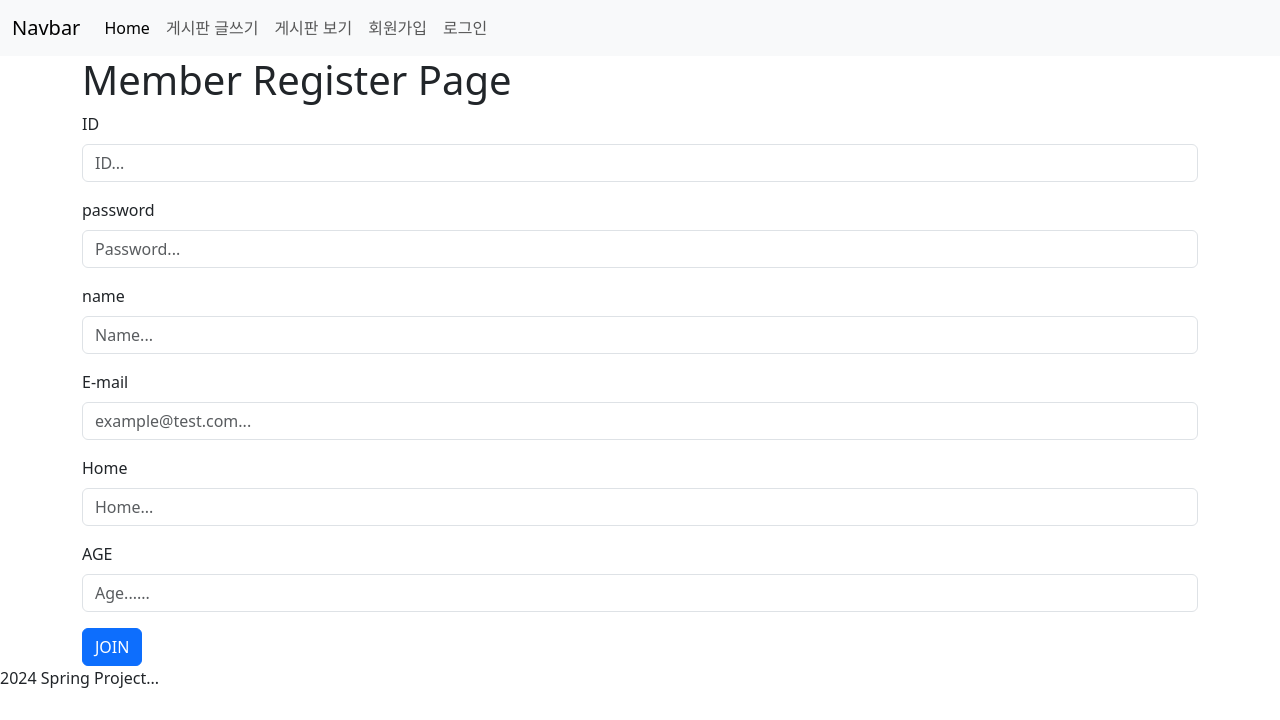
Repository: leegangjin/springTest240430
Page: http://localhost/spring_study/WEB-INF/views/member/register.jsp
An editor plug-in stored every save of this project. The page is shown before and after the next save, followed by the edit.
The browser window is 1280 px wide. The pictures show the whole page.
The page is served by Tomcat 9. Nobody is signed in. The template is opened directly, without the code that normally fills it, so the values that code supplies are empty.

Above is the page before, as saved 2024-04-28 13:52:47.

### spring_study/src/main/webapp/WEB-INF/views/member/register.jsp
<%@ page language="java" contentType="text/html; charset=UTF-8"
	pageEncoding="UTF-8"%>

<jsp:include page="../layout/header.jsp" />
<div class="container-md">
	<h1>Member Register Page</h1>
	<form action="/member/register" method="post">
		<div class="mb-3">
			<label for="i" class="form-label">ID</label> <input
				type="text" class="form-control" name="id" id="i"
				placeholder="ID...">
		</div>
		<div class="mb-3">
			<label for="p" class="form-label">password</label>
			<input type="password" class="form-control" name="pw" id="p"
				placeholder="Password...">
		</div>
		<div class="mb-3">
			<label for="n" class="form-label">name</label>
			<input type="text" class="form-control" name="name" id="n"
				placeholder="Name...">
		</div>
		<div class="mb-3">
			<label for="e" class="form-label">E-mail</label>
			<input type="email" class="form-control" name="email" id="e"
				placeholder="example@test.com...">
		</div>
		<div class="mb-3">
			<label for="h" class="form-label">Home</label>
			<input type="text" class="form-control" name="home" id="h"
				placeholder="Home...">
		</div>
		<div class="mb-3">
			<label for="a" class="form-label">AGE</label>
			<input type="text" class="form-control" name="age" id="a"
				placeholder="Age......">
		</div>


		<button type="submit" class="btn btn-primary">JOIN</button>
	</form>
</div>
<jsp:include page="../layout/footer.jsp" />

### spring_study/src/main/webapp/WEB-INF/views/layout/header.jsp
<%@ page language="java" contentType="text/html; charset=UTF-8"
    pageEncoding="UTF-8"%>
    <%@ taglib uri="http://java.sun.com/jsp/jstl/core" prefix="c"%>
<!DOCTYPE html>
<html>
<head>
<meta charset="UTF-8">
<title>header.jsp</title>
</head>
<link href="https://cdn.jsdelivr.net/npm/bootstrap@5.3.3/dist/css/bootstrap.min.css" rel="stylesheet" integrity="sha384-QWTKZyjpPEjISv5WaRU9OFeRpok6YctnYmDr5pNlyT2bRjXh0JMhjY6hW+ALEwIH" crossorigin="anonymous">
<script src="https://cdn.jsdelivr.net/npm/bootstrap@5.3.3/dist/js/bootstrap.bundle.min.js" integrity="sha384-YvpcrYf0tY3lHB60NNkmXc5s9fDVZLESaAA55NDzOxhy9GkcIdslK1eN7N6jIeHz" crossorigin="anonymous"></script>
<body>
<nav class="navbar navbar-expand-lg bg-body-tertiary">
  <div class="container-fluid">
    <a class="navbar-brand" href="#">Navbar</a>
    <button class="navbar-toggler" type="button" data-bs-toggle="collapse" data-bs-target="#navbarSupportedContent" aria-controls="navbarSupportedContent" aria-expanded="false" aria-label="Toggle navigation">
      <span class="navbar-toggler-icon"></span>
    </button>
    <div class="collapse navbar-collapse" id="navbarSupportedContent">
      <ul class="navbar-nav me-auto mb-2 mb-lg-0">
        <li class="nav-item">
          <a class="nav-link active" aria-current="page" href="">Home</a>
        </li>
        <li class="nav-item">
          <a class="nav-link" href="/board/register">게시판 글쓰기</a>
        </li>
        <li class="nav-item">
          <a class="nav-link" href="/board/list">게시판 보기</a>
        </li>
        <li class="nav-item">
          <a class="nav-link" href="/member/register">회원가입</a>
        </li>

         <c:if test="${ses.id eq null}">


        <li class="nav-item">
          <a class="nav-link" href="/member/login">로그인</a>
        </li>
        </c:if>
           <c:if test="${ses.id ne null}">
        <li class="nav-item">
          <a class="nav-link" href="/member/logout">로그아웃</a>
        </li>
        <li class="nav-item">
          <a class="nav-link" href="/member/modify">${ses.id }( ${ses.email }) welcome!</a>
        </li>
         </c:if>








        </ul>
    </div>
  </div>
</nav>

### spring_study/src/main/webapp/WEB-INF/views/layout/footer.jsp
<%@ page language="java" contentType="text/html; charset=UTF-8"
	pageEncoding="UTF-8"%>
<!DOCTYPE html>
<html>
<head>
<meta charset="UTF-8">



<div class="mb-3" >2024 Spring Project...</div>
</body>
</html>

After the next save:
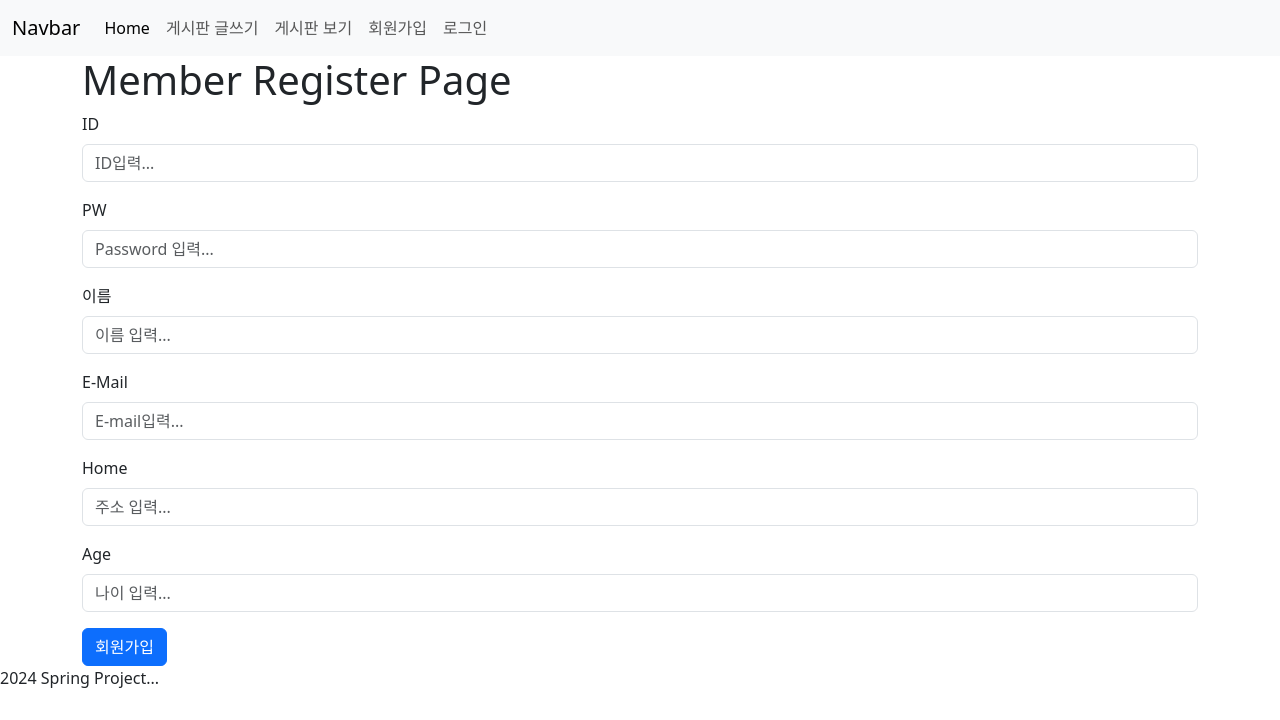
Saved 2 min 59 s later.
--- a/spring_study/src/main/webapp/WEB-INF/views/member/register.jsp
+++ b/spring_study/src/main/webapp/WEB-INF/views/member/register.jsp
@@ -1,43 +1,42 @@
 <%@ page language="java" contentType="text/html; charset=UTF-8"
-	pageEncoding="UTF-8"%>
+    pageEncoding="UTF-8"%>
 
-<jsp:include page="../layout/header.jsp" />
-<div class="container-md">
-	<h1>Member Register Page</h1>
-	<form action="/member/register" method="post">
-		<div class="mb-3">
-			<label for="i" class="form-label">ID</label> <input
-				type="text" class="form-control" name="id" id="i"
-				placeholder="ID...">
-		</div>
-		<div class="mb-3">
-			<label for="p" class="form-label">password</label>
-			<input type="password" class="form-control" name="pw" id="p"
-				placeholder="Password...">
-		</div>
-		<div class="mb-3">
-			<label for="n" class="form-label">name</label>
-			<input type="text" class="form-control" name="name" id="n"
-				placeholder="Name...">
-		</div>
-		<div class="mb-3">
-			<label for="e" class="form-label">E-mail</label>
-			<input type="email" class="form-control" name="email" id="e"
-				placeholder="example@test.com...">
-		</div>
-		<div class="mb-3">
-			<label for="h" class="form-label">Home</label>
-			<input type="text" class="form-control" name="home" id="h"
-				placeholder="Home...">
-		</div>
-		<div class="mb-3">
-			<label for="a" class="form-label">AGE</label>
-			<input type="text" class="form-control" name="age" id="a"
-				placeholder="Age......">
-		</div>
+    <jsp:include page="../layout/header.jsp" />
 
+<div  class="container-md">
+<h1>Member Register Page</h1>
 
-		<button type="submit" class="btn btn-primary">JOIN</button>
-	</form>
+<form action="/member/register" method="post">
+
+<div class="mb-3">
+  <label for="i" class="form-label">ID</label>
+  <input type="text" class="form-control" id="i" placeholder="ID입력..." name="id">
 </div>
+<div class="mb-3">
+  <label for="p" class="form-label">PW</label>
+  <input type="password" class="form-control" id="p" placeholder="Password 입력..." name="pw">
+</div>
+<div class="mb-3">
+  <label for="n" class="form-label">이름</label>
+  <input type="text" class="form-control" id="n" placeholder="이름 입력..." name="name">
+</div>
+<div class="mb-3">
+  <label for="e" class="form-label">E-Mail</label>
+  <input type="email" class="form-control" id="e" placeholder="E-mail입력..." name="email">
+</div>
+<div class="mb-3">
+  <label for="h" class="form-label">Home</label>
+  <input type="text" class="form-control" id="h" placeholder="주소 입력..." name="home">
+</div>
+<div class="mb-3">
+  <label for="a" class="form-label">Age</label>
+  <input type="text" class="form-control" id="a" placeholder="나이 입력..." name="age">
+</div>
+
+<button type="submit" class="btn btn-primary">회원가입</button>
+
+</form>
+
+</div>
+
 <jsp:include page="../layout/footer.jsp" />
